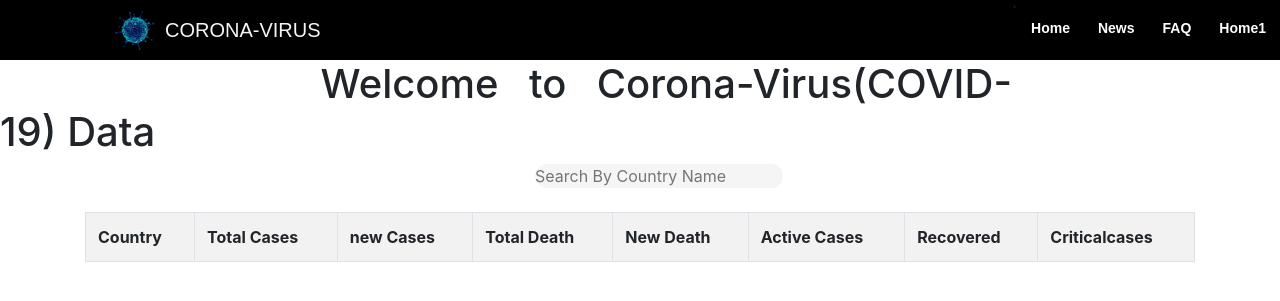
Repository: xthashankar/COVID-19-data-
Page: index.html
These files come from the project's save history. The page is drawn as it stood at one moment and after a run of saves; the edit follows.
The browser window is 1280 px wide. The pictures show the whole page.
The page's requests for data from a server got no answer.

Above is the page before, as saved 2020-04-16 12:46:44.

After the next 2 saves:
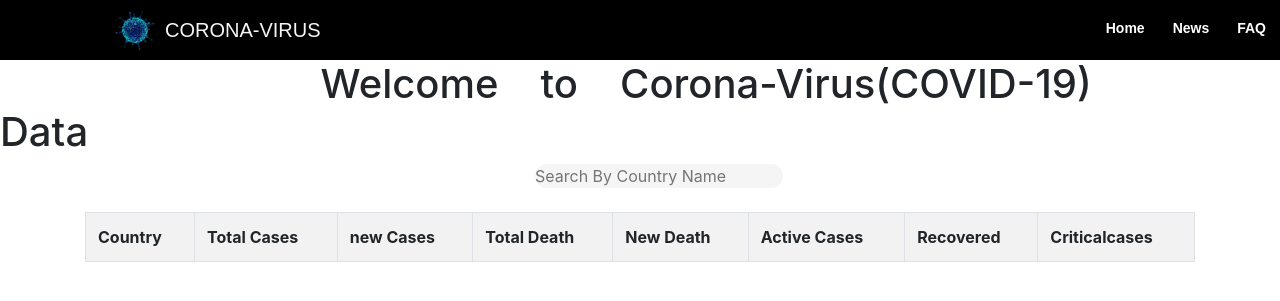
The 2 saves are shown as one change because they came seconds apart.
The last was saved 65 s later.
--- a/index.html
+++ b/index.html
@@ -19,15 +19,13 @@
             <h5>CORONA-VIRUS</h5>
         </a>
         <ul>
-            <li><a  href="#"><b>Home1</b></a></li>
             <li><a href="#"><b>FAQ</b></a>
                 <ul>
                     <li><a href= "">Nepali</a></li>
                     <li><a href="">English</a></li>
                 </ul>
                 </li>
-            <li><a href="#"><b>News</b></a></li>`
-
+            <li><a href="#"><b>News</b></a></li>
             <li><a href="#"><b>Home</b></a></li>
         </ul>
     </nav>
